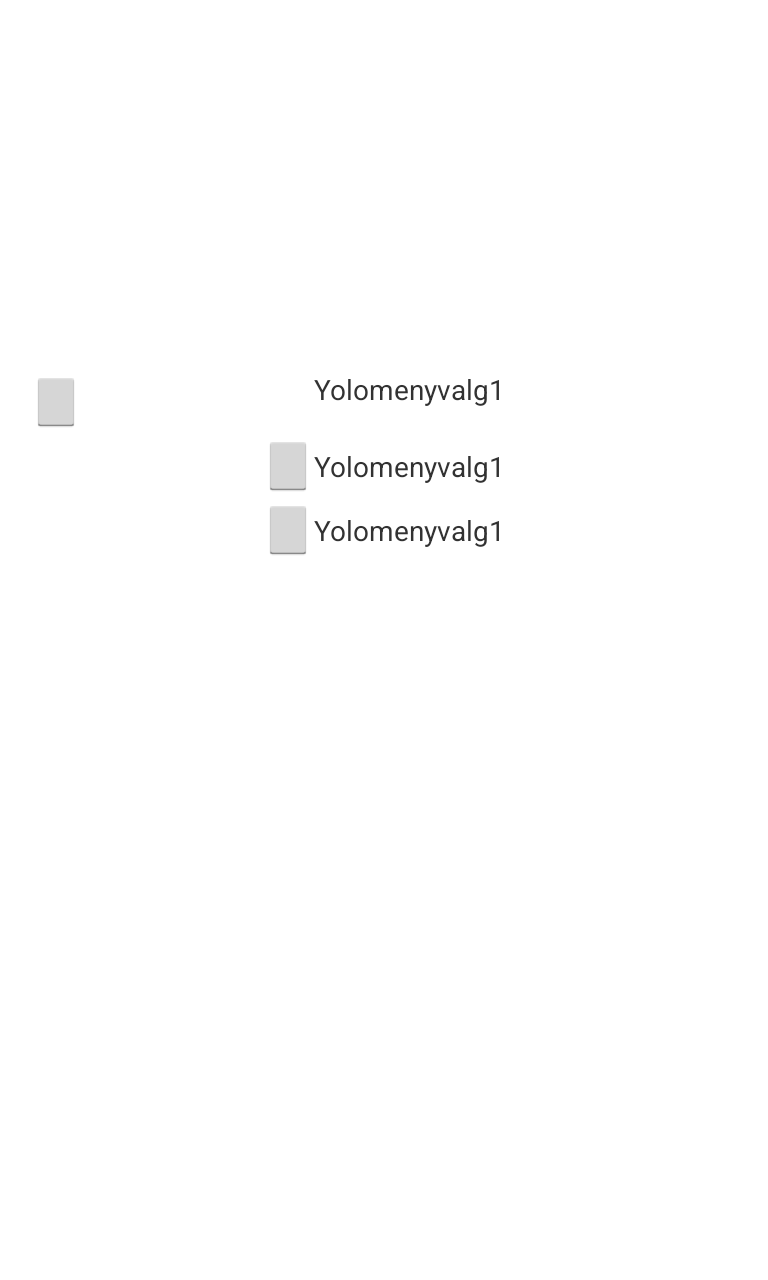
Repository: pumalove/workspace
Layout: MainActivity/res/layout/gridview.xml
An editor plug-in stored every save of this project. The layout is shown before and after the next save, followed by the edit.
It is drawn on a 768 x 1280 px phone screen (xhdpi) without system bars, with theme AppTheme; the app's code is not run. Lists and similar views that code fills are empty.

Above is the layout before, as saved 2014-03-17 11:50:55.

### MainActivity/res/layout/gridview.xml
<?xml version="1.0" encoding="utf-8"?>
<LinearLayout xmlns:android="http://schemas.android.com/apk/res/android"
    android:layout_width="match_parent"
    android:layout_height="wrap_content"
    android:orientation="vertical"
    android:padding="15dp">

    <LinearLayout
        android:layout_marginBottom="20dp"
        android:layout_width="fill_parent"
        android:layout_height="wrap_content">

        <GridView
            android:id="@+id/gridview"
            android:layout_width="fill_parent"
            android:layout_height="150dp"
            android:columnWidth="90dp"
            android:numColumns="auto_fit"
            android:verticalSpacing="10dp"
            android:horizontalSpacing="10dp"
            android:stretchMode="columnWidth"
            android:gravity="center"
            />
	</LinearLayout>


    <LinearLayout
        android:id="@+id/linearlayout2"
        android:layout_width="fill_parent"
        android:layout_height="wrap_content"
        android:layout_gravity="center"
        android:orientation="vertical"
        android:layout_below="@id/gridview">

        <LinearLayout
            android:id="@+id/customButton1"
            android:layout_width="fill_parent"
            android:layout_height="wrap_content"
            android:orientation="horizontal"
            android:clickable="true"
            >


            <ImageButton
                android:id="@+id/imageButton"
                android:layout_width="wrap_content"
                android:layout_height="wrap_content"
                android:layout_gravity="left"
                />
			<LinearLayout
			    android:layout_width="fill_parent"
            	android:layout_height="wrap_content"
            	android:gravity="center" >
            	<TextView
                	android:layout_width="wrap_content"
                	android:layout_height="wrap_content"
                	android:layout_gravity="center"
                	android:text="Yolomenyvalg1"/>
			</LinearLayout>

            </LinearLayout>


        <LinearLayout
            android:id="@+id/customButton2"
            android:layout_width="fill_parent"
            android:layout_height="wrap_content"
            android:orientation="horizontal"
            android:gravity="center"
            android:clickable="true">

            <ImageButton
                android:layout_width="wrap_content"
                android:layout_height="wrap_content"
                android:id="@+id/imageButton2"
                android:layout_gravity="center"
                />

            <TextView
                android:layout_width="wrap_content"
                android:layout_height="wrap_content"
                android:text="Yolomenyvalg1"/>

        </LinearLayout>

        <LinearLayout
            android:id="@+id/customButton3"
            android:layout_width="fill_parent"
            android:layout_height="wrap_content"
            android:orientation="horizontal"
            android:gravity="center"
            android:clickable="true">

            <ImageButton
                android:layout_width="wrap_content"
                android:layout_height="wrap_content"
                android:id="@+id/imageButton3"
                android:layout_gravity="center"
                />

            <TextView
                android:layout_width="wrap_content"
                android:layout_height="wrap_content"
                android:text="Yolomenyvalg1"/>

        </LinearLayout>
    </LinearLayout>



</LinearLayout>

Loaded but not shown: MainActivity/res/values/styles.xml (common file); MainActivity/res/values-v11/styles.xml (common file); MainActivity/res/values-v14/styles.xml (common file)

After the next save:
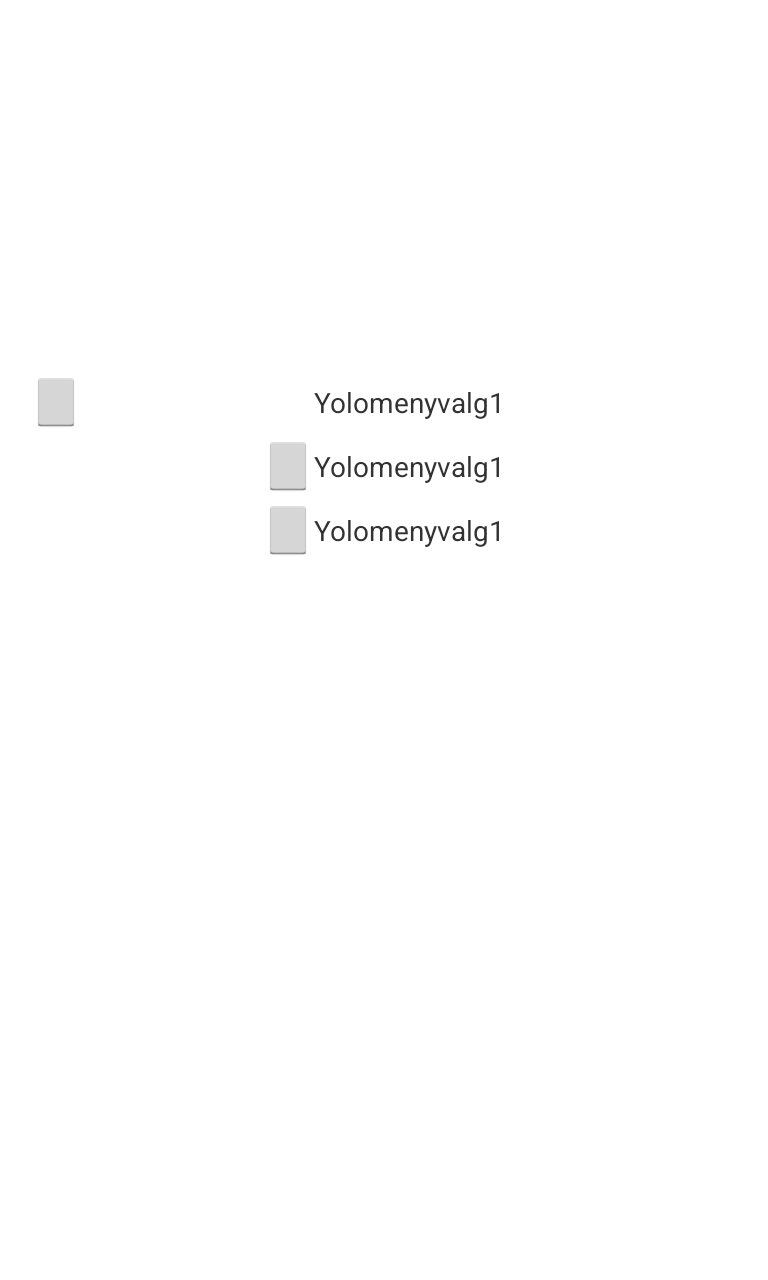
Saved 30 s later.
--- a/MainActivity/res/layout/gridview.xml
+++ b/MainActivity/res/layout/gridview.xml
@@ -50,7 +50,8 @@
 			<LinearLayout
 			    android:layout_width="fill_parent"
             	android:layout_height="wrap_content"
-            	android:gravity="center" >
+            	android:gravity="center"
+            	android:layout_gravity="center" >
             	<TextView
                 	android:layout_width="wrap_content"
                 	android:layout_height="wrap_content"
